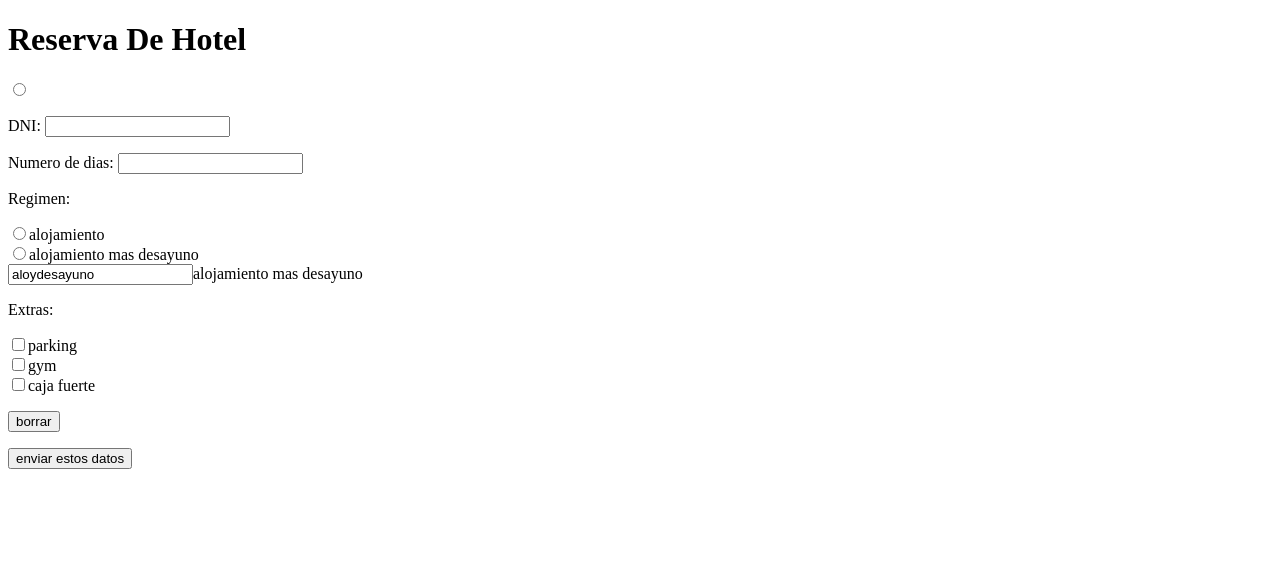
Repository: weertop/2DAW
Page: http://localhost/Formularios/hotel.jsp
These files come from the project's save history. The page is drawn as it stood at one moment and after the next save; the edit follows.
The browser window is 1280 px wide. The pictures show the whole page.
The page is served by Tomcat 9. Other server files are loaded and not shown.

Above is the page before, as saved 2019-10-02 10:50:06.

### DWServidor/eclipse-workspace-photom/Formularios/WebContent/hotel.jsp
<%@ page language="java" contentType="text/html; charset=UTF-8"
    pageEncoding="UTF-8"%>
<%@ page import="java.util.*, java.text.*" %>
<!DOCTYPE html>
<html>
<head>
<meta charset="UTF-8">
<title>Insert title here</title>
</head>
<body>
	<%
		String hoteles[] = {"Ritz","Eurostar"};
	%>

	<h1>Reserva De Hotel</h1>
	<form action="destinoHotel" method="post">
		<%
		for(int i=0;i<hoteles.length;i++){%>
			<p><input type="radio" name="hotel" value="<%=hoteles[i]%>/></p>
		<%} %>


		<p>Nombre: <input type="text" name="nombre"/></p>
		<p>DNI: <input type="text" name="dni"/></p>
		<p>Numero de dias: <input type="number" name="dias"/></p>

		<p>Regimen: </p>
		<input type="radio" name="tipo" value="alojamiento"/>alojamiento<br/>
		<input type="radio" name="tipo" value="aloydesayuno"/>alojamiento mas desayuno<br/>
		<input type="" name="tipo" value="aloydesayuno"/>alojamiento mas desayuno<br/>

		<p>Extras: </p>
		<input type="checkbox" name="parking" value="parking"/>parking<br/>
		<input type="checkbox" name="gym" value="gym"/>gym<br/>
		<input type="checkbox" name="caja" value="caja"/>caja fuerte<br/>

		<p> <input type="reset" name="borrar" value="borrar" />	</p>
		<p> <input type="submit" name="enviar" value="enviar estos datos" /> </p> <!-- el value es lo que se enviara -->
	</form>
</body>
</html>

After the next save:
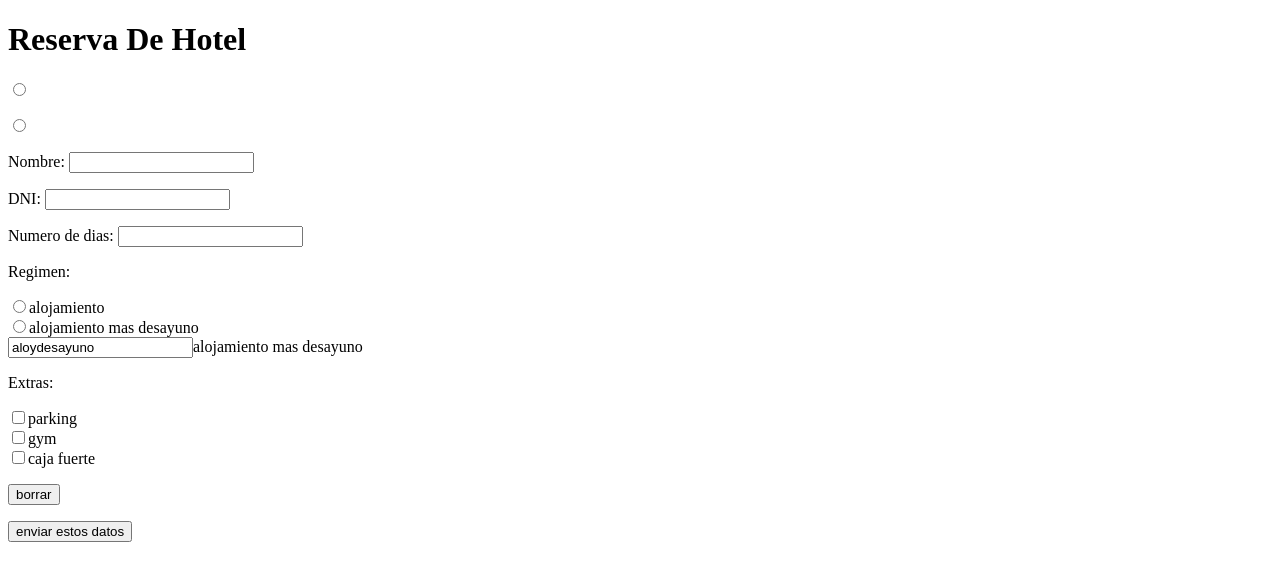
Saved 10 s later.
--- a/DWServidor/eclipse-workspace-photom/Formularios/WebContent/hotel.jsp
+++ b/DWServidor/eclipse-workspace-photom/Formularios/WebContent/hotel.jsp
@@ -16,7 +16,7 @@
 	<form action="destinoHotel" method="post">
 		<%
 		for(int i=0;i<hoteles.length;i++){%>
-			<p><input type="radio" name="hotel" value="<%=hoteles[i]%>/></p>
+			<p><input type="radio" name="hotel" value="<%=hoteles[i]%>"/></p>
 		<%} %>
 
 
